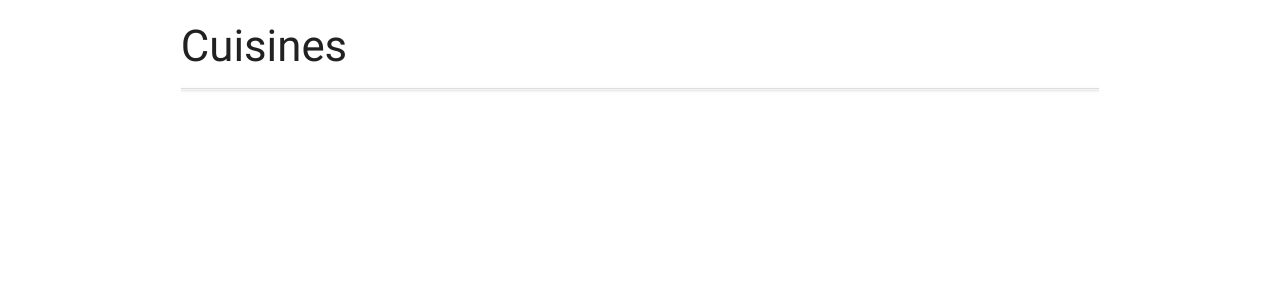
Repository: nakitamccool/francisillingworth-milestone-project-3
Page: http://localhost/
The author's editor kept a record of every edit. The page is drawn from the files as they stood at one moment, then again after the next edit.
The browser window is 1280 px wide. The pictures show the whole page.
The page is served by the project's application, run on Flask 3 (app.py). Queries for data that is not in the repository find no rows.

Above is the page before.

### templates/cuisines.html
 {% extends 'base.html' %} {% block content %}
<div class="row">

    <h3>Cuisines</h3>
    <ul class="collapsible">
      {% for cuisine in cuisine %}
      <li>
        <div class="collapsible-header">
          <div class="recipe_header col s9">
            <strong>{{cuisine.cuisine_type}}</strong>
          </div>
          <div class="deleteEdit col s3">
            <a href="{{url_for('edit_cuisine', cuisine_id = cuisine._id)}}" class="waves-effect waves-light btn btn_edit"><i class="material-icons left">edit</i>Edit</a>
            <a href="" class="waves-effect waves-light btn btn_delete"><i class="material-icons deleteIcon">delete_forever</i></a>
          </div>
        </div>
</li>
{% endfor %}
</ul>
</div>
{% endblock %}

### templates/base.html
<!DOCTYPE html>
<html lang="en">
<head>
    <link href="https://fonts.googleapis.com/icon?family=Material+Icons"
      rel="stylesheet">
    <link rel="stylesheet"  href="https://cdnjs.cloudflare.com/ajax/libs/materialize/0.100.2/css/materialize.min.css">
    <link rel="stylesheet" href="{{url_for('static' , filename = "css/style.css")}}" type="text/css" />

</head>
<body>
    <div class="container">
    {% block content %}
    {% endblock %}
    </div>
    <script src="https://cdnjs.cloudflare.com/ajax/libs/jquery/3.4.1/jquery.min.js" integrity="sha256-CSXorXvZcTkaix6Yvo6HppcZGetbYMGWSFlBw8HfCJo=" crossorigin="anonymous"></script>
    <script src="https://cdnjs.cloudflare.com/ajax/libs/materialize/0.100.2/js/materialize.min.js"></script>
    <script type="text/javascript">
         $(document).ready(function(){
    $('.collapsible').collapsible();
    $('select').material_select();
  });

    </script>


</body>
</html>

### app.py
import os
from flask import Flask , render_template, redirect, request, url_for
from flask_pymongo import PyMongo
from bson.objectid import ObjectId


db_password = os.environ.get('DB_PASSWORD')

app = Flask(__name__)

app.config["MONGO_DBNAME"] = 'recipe_project'
app.config["MONGO_URI"] = 'mongodb+srv://root:r00tUser@myfirstcluster-aogax.mongodb.net/recipe_project?retryWrites=true&w=majority'

mongo = PyMongo(app)

@app.route('/')



@app.route('/get_cuisines')
def get_cuisines():
    return render_template('cuisines.html', cuisine=mongo.db.cuisine.find())


@app.route('/edit_cuisine/<cuisine_id>')
def edit_cuisine(cuisine_id):
    return render_template('editcuisine.html', cuisine=mongo.db.cuisine.find_one({'_id':ObjectId(cuisine_id)}))


@app.route('/update_cuisine/<cuisine_id>', methods=['POST'])
def update_cuisine(cuisine_id):
    mongo.db.cuisine.update(
        {'_id': ObjectId(cuisine_id)},
        {'cuisine_type': request.form.get('cuisine_type')})
    return redirect(url_for('get_cuisines'))






@app.route('/get_recipes')
def get_recipes():
    return render_template("recipes.html", recipes=mongo.db.recipe.find())



@app.route('/add_recipe')
def add_recipe():
    return render_template('addrecipe.html', cuisine=mongo.db.cuisine.find())

@app.route('/insert_recipe', methods=['POST'])
def insert_recipe():
    recipes=mongo.db.recipe
    recipes.insert_one(request.form.to_dict())
    return redirect(url_for('get_recipes'))


@app.route('/edit_recipe/<recipe_id>')
def edit_recipe(recipe_id):
    the_recipe = mongo.db.recipe.find_one({"_id": ObjectId(recipe_id)})
    all_cuisine = mongo.db.cuisine.find()
    return render_template('editrecipe.html', recipe = the_recipe, cuisine=all_cuisine)



@app.route('/update_recipe/<recipe_id>', methods = ["POST"])
def update_recipe(recipe_id):
    recipes = mongo.db.recipe
    recipes.update( {'_id': ObjectId(recipe_id)},
    {
        'recipe_name' : request.form.get('recipe_name'),
        'cuisine_type' : request.form.get('cuisine_type'),
        'author' : request.form.get('author'),
        'ingredients' : request.form.get('ingredients'),
        'method' : request.form.get('method'),
        'cook_time' : request.form.get('cook_time'),
    })
    return redirect(url_for('get_recipes'))

@app.route('/delete_recipe/<recipe_id>')
def delete_recipe(recipe_id):
    mongo.db.recipe.remove({'_id':ObjectId(recipe_id)})
    return redirect(url_for('get_recipes'))









if __name__ == '__main__':
    app.run(host=os.environ.get('IP'),
            port=int(os.environ.get('PORT')),
            debug=True)

### static/css/style.css
.btn_edit{
    height:28px;
    margin: 5px 15px;
    line-height: 28px;
    padding-left: 3px;
    padding-right: 6px;



}

.btn_delete{
    height:28px;
    margin: 5px 15px ;
    line-height: 28px;
    padding-left: 5px;
    padding-right: 5px;
    background-color: #b70808;

}

.collapsible-header i {
 margin:0;}

 .btn_delete:hover {
    background-color: #71231d;
}



.recipe_header{
    margin-top:5px;
    margin-right: 20px;
}

.deleteEdit{
    margin-left:auto;
    margin-right:0;
}

### templates/recipes.html
 {% extends 'base.html' %}
 {% block content %}
    <div class = "row">
    <ul class="collapsible" >
    {% for recipe in recipes %}
    <li>
      <div class="collapsible-header">
        <div class="recipe_header col s9">
            <i class="material-icons">expand_more</i>
           <strong>{{recipe.recipe_name}}</strong> &nbsp;- {{recipe.cuisine_type}} - {{recipe.author}} - &nbsp;<strong>Cook time {{recipe.cook_time}} minutes</strong>
        </div>
        <div class= "deleteEdit col s3">
              <a href= "{{url_for('edit_recipe', recipe_id=recipe._id)}}" class="waves-effect waves-light btn btn_edit"><i class="material-icons left">edit</i>Edit</a>
              <a href= "{{url_for('delete_recipe' , recipe_id=recipe._id)}}" class="waves-effect waves-light btn btn_delete"><i class="material-icons deleteIcon">delete_forever</i></a>
        </div>

     </div>


      <div class="collapsible-body"><span>

      <ul class="collapsible" data-collapsible="expandable">
    <li>
      <div class="collapsible-header"><i class="material-icons">local_grocery_store</i>Ingredients</div>
      <div class="collapsible-body"><span>{{recipe.ingredients}}</span></div>
    </li>
    <li>
      <div class="collapsible-header"><i class="material-icons">format_list_numbered</i>Method</div>
      <div class="collapsible-body"><span>{{recipe.method}}</span></div>
    </li>

  </ul>






      </span></div>
    </li>
    {% endfor %}
 </ul>
</div>







{% endblock %}

After the next edit:
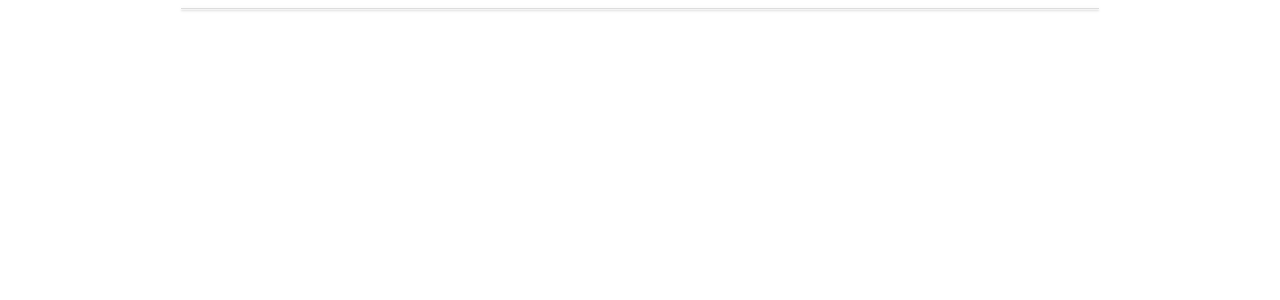
The edit:
--- a/app.py
+++ b/app.py
@@ -17,22 +17,6 @@
 
 
 
-@app.route('/get_cuisines')
-def get_cuisines():
-    return render_template('cuisines.html', cuisine=mongo.db.cuisine.find())
-
-
-@app.route('/edit_cuisine/<cuisine_id>')
-def edit_cuisine(cuisine_id):
-    return render_template('editcuisine.html', cuisine=mongo.db.cuisine.find_one({'_id':ObjectId(cuisine_id)}))
-
-
-@app.route('/update_cuisine/<cuisine_id>', methods=['POST'])
-def update_cuisine(cuisine_id):
-    mongo.db.cuisine.update(
-        {'_id': ObjectId(cuisine_id)},
-        {'cuisine_type': request.form.get('cuisine_type')})
-    return redirect(url_for('get_cuisines'))
 
 
 

After the 2 edits that followed:
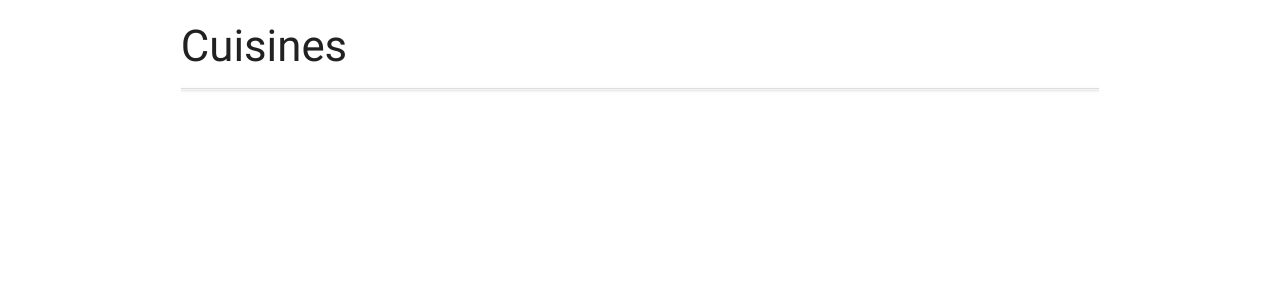
The 2 edits are shown as one change because 1 left the picture as it was.
The edit:
--- a/app.py
+++ b/app.py
@@ -15,6 +15,25 @@
 
 @app.route('/')
 
+
+
+
+@app.route('/get_cuisines')
+def get_cuisines():
+    return render_template('cuisines.html', cuisine=mongo.db.cuisine.find())
+
+
+@app.route('/edit_cuisine/<cuisine_id>')
+def edit_cuisine(cuisine_id):
+    return render_template('editcuisine.html', cuisine=mongo.db.cuisine.find_one({'_id':ObjectId(cuisine_id)}))
+
+
+@app.route('/update_cuisine/<cuisine_id>', methods=['POST'])
+def update_cuisine(cuisine_id):
+    mongo.db.cuisine.update(
+        {'_id': ObjectId(cuisine_id)},
+        {'cuisine_type': request.form.get('cuisine_type')})
+    return redirect(url_for('get_cuisines'))
 
 
 
@@ -72,9 +91,6 @@
 
 
 
-
-
-
 if __name__ == '__main__':
     app.run(host=os.environ.get('IP'),
             port=int(os.environ.get('PORT')),
